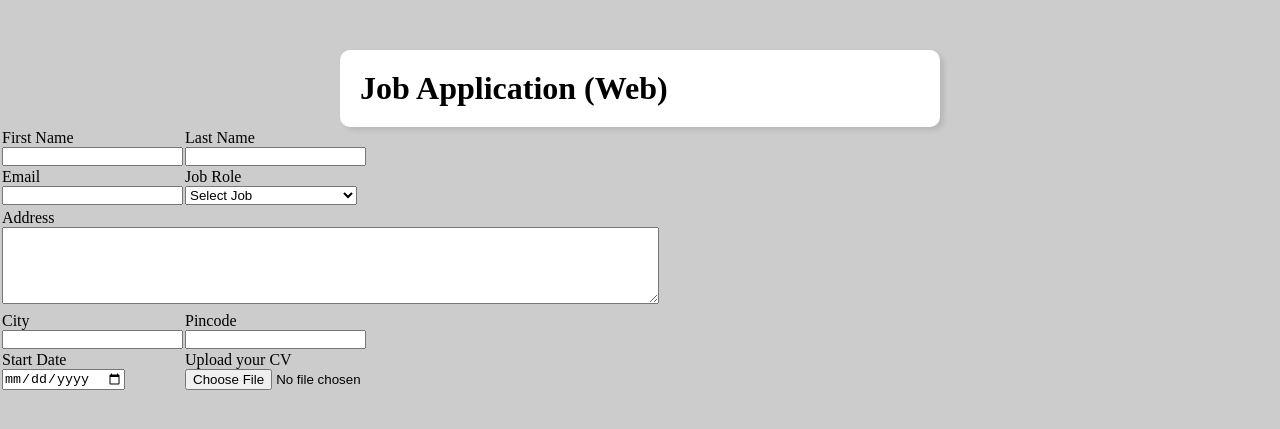
Repository: diensy/JOB-APPLICATION
Page: index.html
These files come from the project's save history. The page is drawn as it stood at one moment and after the next save; the edit follows.
The browser window is 1280 px wide. The pictures show the whole page.

Above is the page before, as saved 2024-02-27 01:18:11.

After the next save:
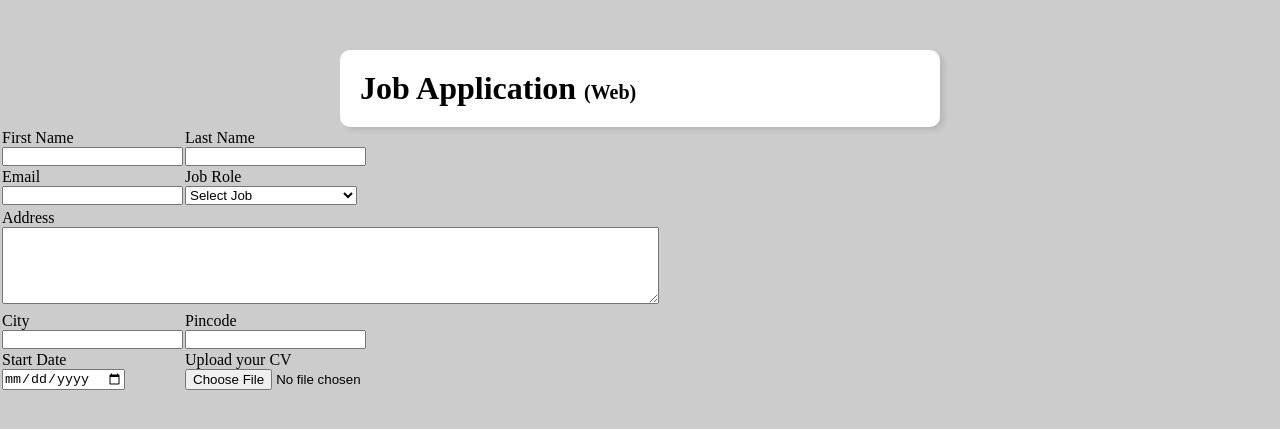
Saved 21 s later.
--- a/Job_Application.css
+++ b/Job_Application.css
@@ -15,3 +15,6 @@ body {
   box-shadow: 4px 3px 5px rgb(1, 1, 1, 0.1);
   border-radius: 10px;
 }
+.web {
+  font-size: 20px;
+}
